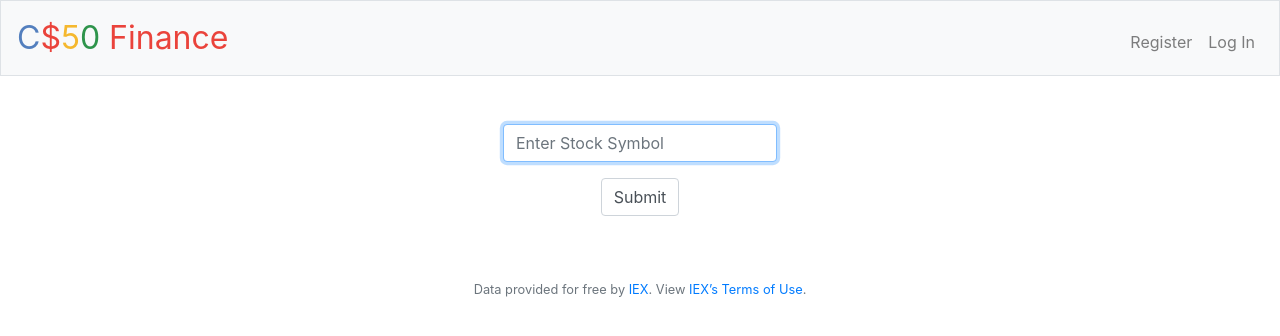
Repository: Mackeyrw/gitTest-CS50
Page: pset8/finance/templates/quote.html
The author's editor kept a record of every edit. The page is drawn from the files as they stood at one moment, then again after the next edit.
The browser window is 1280 px wide. The pictures show the whole page.
The template is drawn by Flask 3. The application's start-up code is not run. The template is opened directly, without the code that normally fills it, so the values that code supplies are empty.

Above is the page before.

After the next edit:
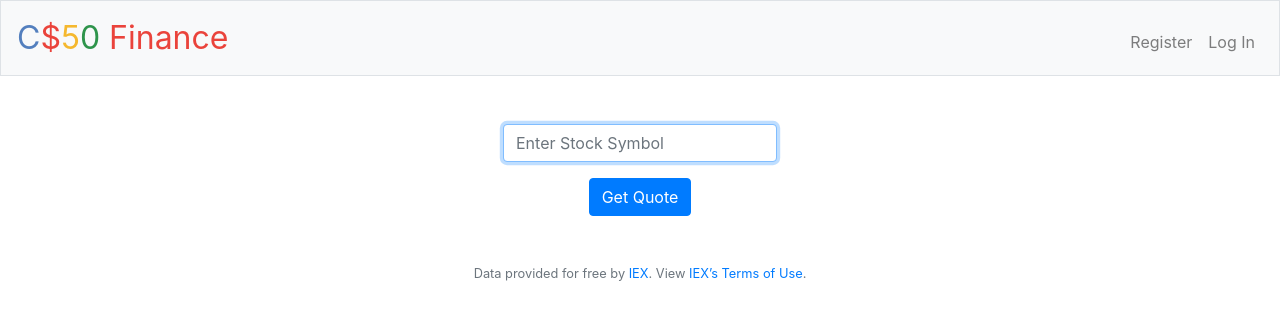
The edit:
--- a/pset8/finance/templates/quote.html
+++ b/pset8/finance/templates/quote.html
@@ -9,8 +9,6 @@
         <div class="form-group">
             <input name="quote" type="text" placeholder="Enter Stock Symbol" autocomplete="off" autofocus class="form-control">
         </div>
-        <div class="form-group">
-            <input name="quote" type="submit" placeholder="Get Quote" autocomplete="off" autofocus class="form-control">
-        </div>
+        <button class="btn btn-primary" type="submit">Get Quote</button>
     </form>
 {% endblock %}
